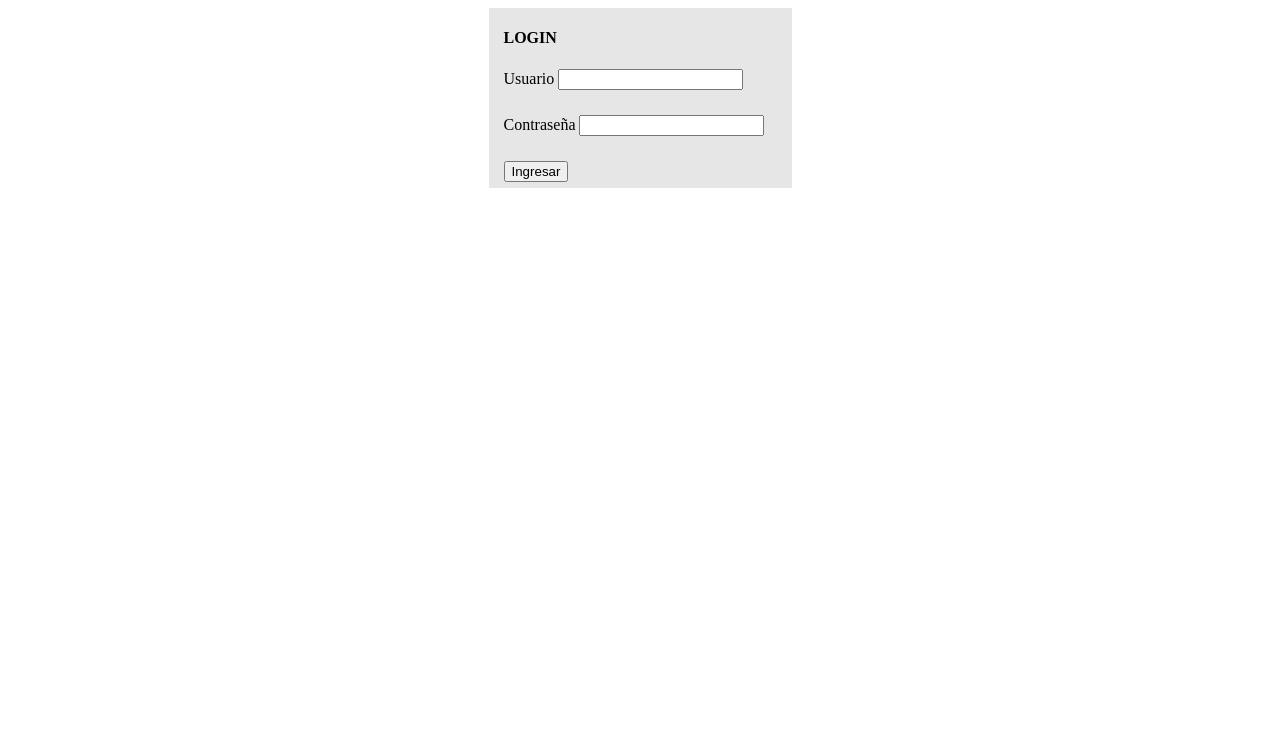
Repository: juanmondragonc/torre-project
Page: http://localhost/torre/login.jsp
The author's editor kept a copy of each file at every save. The page is drawn from the files as they stood at one save, then again after the next save.
The browser window is 1280 px wide. The pictures show the whole page.
The page is served by Tomcat 9.

Above is the page before, as saved 2022-08-10 20:39:03.

After the next save:
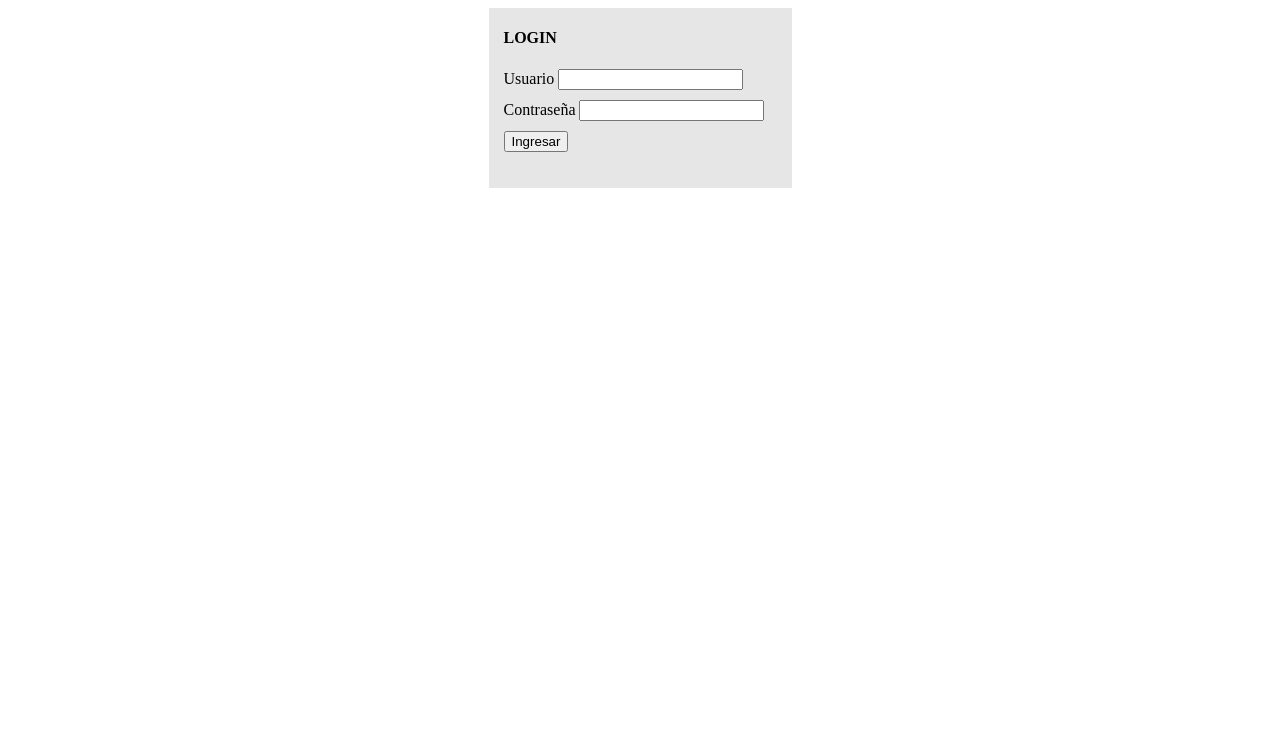
Saved 45 s later.
--- a/torre/src/main/webapp/css/style.css
+++ b/torre/src/main/webapp/css/style.css
@@ -10,7 +10,7 @@
 }
 .form-group {
  	position: relative;
- 	margin-bottom: 25px;
+ 	margin-bottom: 10px;
 	overflow: hidden;
 }
 .section-login{
